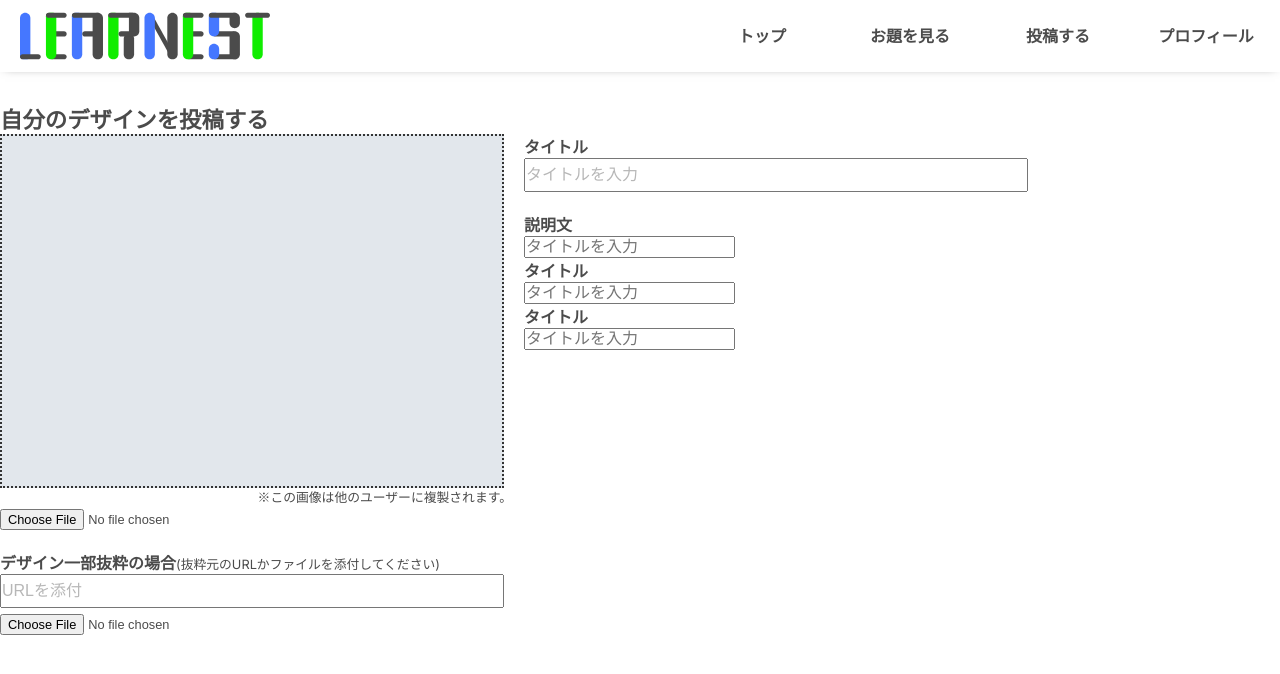
Repository: KawakamiAyaka/Learnest
Page: /inputPost
These files come from the project's save history. The page is drawn as it stood at one moment and after a run of saves; the edit follows.
The browser window is 1280 px wide. The pictures show the whole page.
The project was rebuilt for these pictures with package versions that can differ from the ones it lists, and the page was loaded fresh each time. The framework's server and built-in components were replaced by stand-ins that run in the browser. Also part of the build but not shown: next.config.mjs.

Above is the page before, as saved 2024-07-12 11:12:18.

After the next 3 saves:
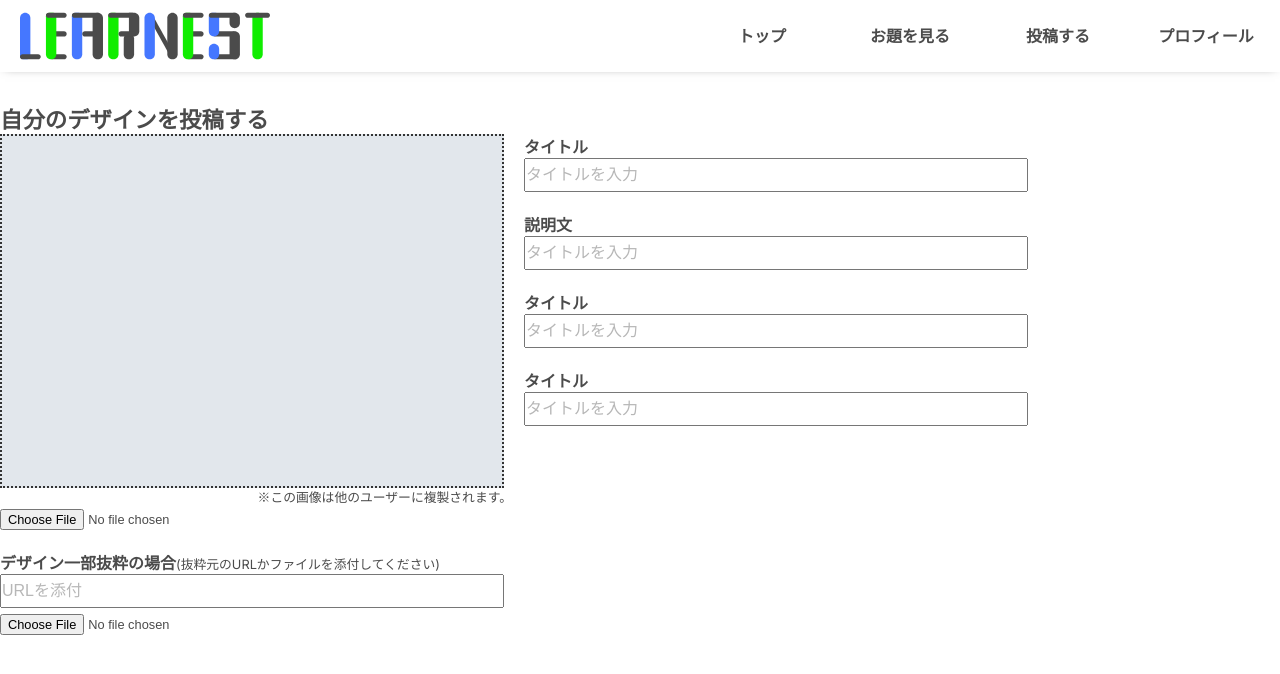
The 3 saves are shown as one change because 2 did not build or start.
The last was saved 99 s later.
--- a/src/app/inputPost/page.tsx
+++ b/src/app/inputPost/page.tsx
@@ -18,11 +18,11 @@
                             <input className={style.selectFile} type="file" />
                     </div>
                     <div>
-                        <div className={style.inputTitleStyle}>
+                        <div>
                             <h3>タイトル</h3>
                             <input className={style.inputTitle} type="text" placeholder="タイトルを入力"/>
                         </div>
-                        <div>
+                        <div className={style.inputStyle}>
                             <h3>説明文</h3>
                             <input className={style.inputTitle} type="text" placeholder="タイトルを入力"/>
                         </div>
--- a/src/app/inputPost/inputPost.module.scss
+++ b/src/app/inputPost/inputPost.module.scss
@@ -51,18 +51,18 @@
         }
     }
 
-    .inputTitleStyle{
+    .inputTitle{
+        width: 500px;
+        height: 30px;
         margin-bottom: 20px;
-        .inputTitle{
-            width: 500px;
-            height: 30px;
-        }
-        .inputTitle::placeholder {
-            color: rgb(183, 183, 183); /* 薄いグレー色に設定 */
-        }
+    }
+    .inputTitle::placeholder {
+        color: rgb(183, 183, 183); /* 薄いグレー色に設定 */
+    }
 
-        .inputTitle:focus::placeholder {
-            color: transparent; /* フォーカス時には透明に設定 */
-        }
+    .inputTitle:focus::placeholder {
+        color: transparent; /* フォーカス時には透明に設定 */
     }
+
+
 }
